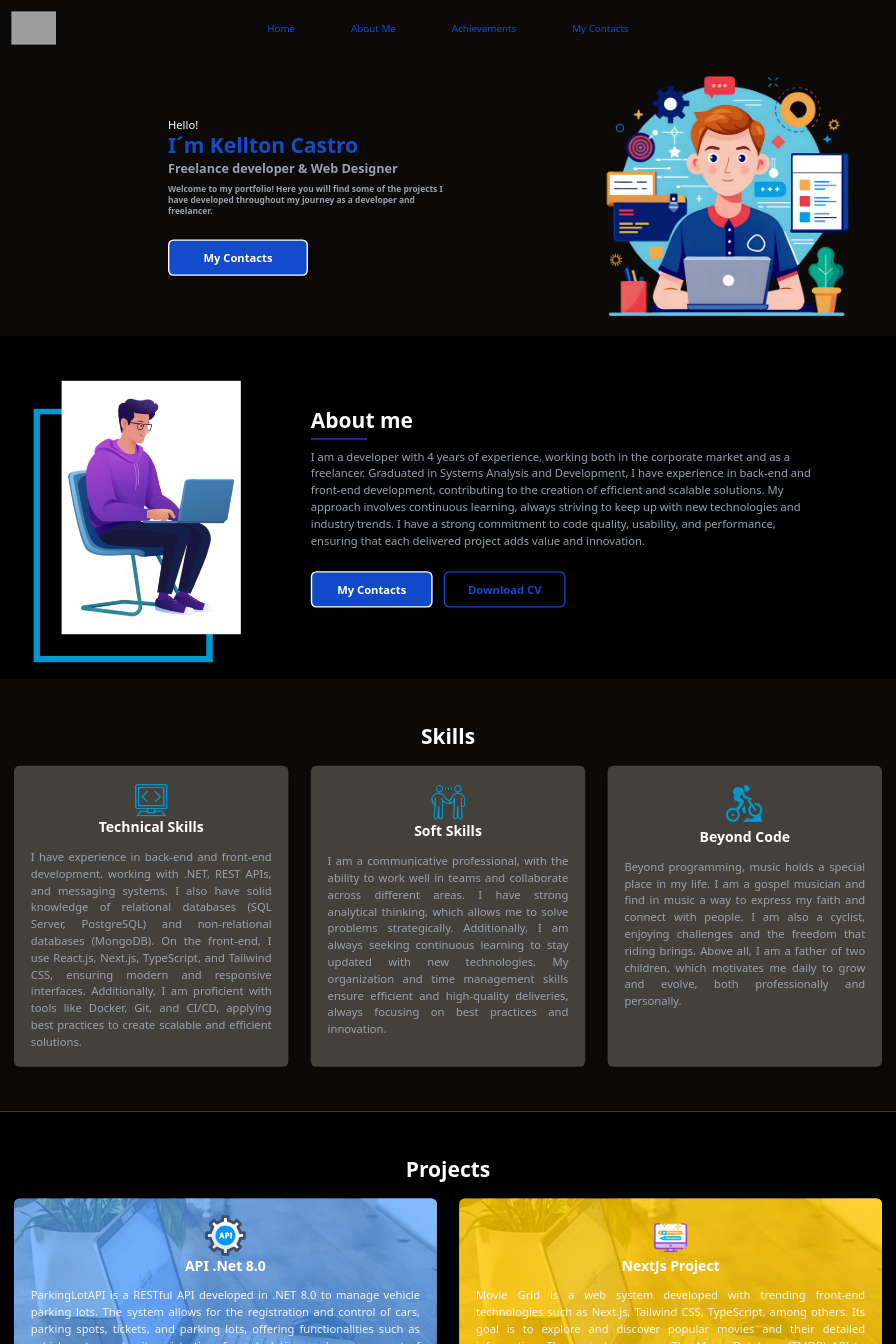
Repository: kcsdesenvolvedor/portfolio
Page: index.html
The author's editor kept a copy of each file at every save. The page is drawn from the files as they stood at one save, then again after the next save.
The browser window is 1280 px wide. The pictures show the part of the page from y = 0 to 1920 px (the page is 2838 px tall), at 70% of full size.
Pictures or frames that could not be fetched are drawn as grey boxes.

Above is the page before, as saved 2025-03-26 17:06:45.
Console error: TypeError: Cannot read properties of null (reading 'textContent')

### index.html
<!DOCTYPE html>
<html lang="en">
<head>
    <meta charset="UTF-8">
    <meta name="viewport" content="width=device-width, initial-scale=1.0">
    <link rel="icon" href="./img/faviconK.png" type="image/x-icon">
    <link href="./output.css" rel="stylesheet">
    <title>Kellton Castro</title>
    <style>
        .typing-container {
        font-family: 'Courier New', monospace;
        font-size: 24px;
        color: #333;
        white-space: nowrap;
        overflow: hidden;
        border-right: 2px solid black;
        display: inline-block;
        animation: blink-caret 0.7s step-end infinite;
        }

        #typing-text {
            height: 40px;
        }

        @keyframes blink-caret {
        from, to {
            border-color: transparent;
        }
        50% {
            border-color: black;
        }
        }


        @keyframes fadeIn {
            from {
                opacity: 0;
                transform: translateY(20px);
            }
            to {
                opacity: 1;
                transform: translateY(0);
            }
        }

        .fade-in {
            animation: fadeIn 1s ease-in-out;
        }
    </style>
</head>
<body class="bg-gray-100 font-sans">
    <header>
        <nav class="fixed top-0 z-50 w-full px-4 py-4 flex justify-between items-center bg-stone-950">
            <a class="text-3xl font-bold leading-none" href="#">
                <img class="w-16" src="./img/logo.png" alt="">
            </a>
            <div class="lg:hidden">
                <button class="navbar-burger flex items-center text-blue-600 p-3">
                    <svg class="block h-4 w-4 fill-current" viewBox="0 0 20 20" xmlns="http://www.w3.org/2000/svg">
                        <title>Mobile menu</title>
                        <path d="M0 3h20v2H0V3zm0 6h20v2H0V9zm0 6h20v2H0v-2z"></path>
                    </svg>
                </button>
            </div>
            <ul class="hidden absolute top-1/2 left-1/2 transform -translate-y-1/2 -translate-x-1/2 lg:mx-auto lg:flex lg:items-center lg:w-auto lg:space-x-20">
                <li><a class="text-sm text-blue-600/80 dark:text-sky-400/80 hover:text-white" href="#home">Home</a></li>
                <li><a class="text-sm text-blue-600/80 dark:text-sky-400/80 hover:text-white" href="#about">About Me</a></li>
                <li><a class="text-sm text-blue-600/80 dark:text-sky-400/80 hover:text-white" href="#achievements">Achievements</a></li>
                <li><a class="text-sm text-blue-600/80 dark:text-sky-400/80 hover:text-white" href="#contact">My Contacts</a></li>
            </ul>
        </nav>
        <div class="navbar-menu fixed top-0 z-50 w-full hidden">
            <div class="navbar-backdrop fixed inset-0 bg-gray-800 opacity-25"></div>
            <nav class="fixed top-0 left-0 bottom-0 flex flex-col w-5/6 max-w-sm py-6 px-6 bg-white border-r overflow-y-auto">
                <div class="flex items-center mb-8">
                    <a class="mr-auto text-3xl font-bold leading-none" href="#">
                        <img class="w-16" src="./img/logo.png" alt="">
                    </a>
                    <button class="navbar-close">
                        <svg class="h-6 w-6 text-gray-400 cursor-pointer hover:text-gray-500" xmlns="http://www.w3.org/2000/svg" fill="none" viewBox="0 0 24 24" stroke="currentColor">
                            <path stroke-linecap="round" stroke-linejoin="round" stroke-width="2" d="M6 18L18 6M6 6l12 12"></path>
                        </svg>
                    </button>
                </div>
                <div>
                    <ul>
                        <li class="mb-1">
                            <a class="navbar-itemMenu block p-4 text-sm font-semibold text-gray-400 hover:bg-blue-50 hover:text-blue-600 rounded" href="#home">Home</a>
                        </li>
                        <li class="mb-1">
                            <a class="navbar-itemMenu block p-4 text-sm font-semibold text-gray-400 hover:bg-blue-50 hover:text-blue-600 rounded" href="#about">About Me</a>
                        </li>
                        <li class="mb-1">
                            <a class="navbar-itemMenu block p-4 text-sm font-semibold text-gray-400 hover:bg-blue-50 hover:text-blue-600 rounded" href="#achievements">Achievements</a>
                        </li>
                        <li class="mb-1">
                            <a class="navbar-itemMenu block p-4 text-sm font-semibold text-gray-400 hover:bg-blue-50 hover:text-blue-600 rounded" href="#contact">My Contacts</a>
                        </li>
                        <li>
                            <div class="border-t-2">
                                <a class="navbar-itemMenu block p-4 text-sm font-semibold text-gray-400 hover:bg-blue-50 hover:text-blue-600 rounded" href="https://kcode2025.github.io/sucess-history" target="_blank">Success Story</a>
                            </div>
                        </li>
                    </ul>
                </div>
                <div class="mt-auto">

                    <a href="https://kcode2025.github.io/sucess-history" target="_blank">
                        <p class="my-4 text-xs text-center text-gray-400">
                            Powered by Success Story
                        </p>
                    </a>
                </div>
            </nav>
        </div>
    </header>


    <!-- Home Section -->
    <section id="home" class="flex flex-col-reverse lg:flex-row lg:justify-around justify-between bg-stone-950 text-white text-center pt-20 lg:pb-0 pb-5 px-10 fade-in">
        <!-- Div do texto -->
        <div class="self-center w-full flex items-center justify-center">
            <div class="flex flex-col lg:w-2/4"> <!-- Ajuste essa div para ocupar 100% da largura -->
                <p class="text-md text-left">
                    Hello!
                </p>
                <p class="text-3xl text-blue-600/80 dark:text-sky-400/80 text-left font-semibold">
                    I´m Kellton Castro
                </p>
                <p class="text-lg text-gray-400 text-left font-semibold mb-2">
                    Freelance developer & Web Designer
                </p>
                <p class="text-xs text-gray-400 text-left font-semibold mb-8">
                    Welcome to my portfolio! Here you will find some of the projects I have developed throughout my journey as a developer and freelancer.
                </p>
                <a href="#contact" class="bg-blue-600/80 dark:bg-sky-400/80 text-white font-bold w-2/4 py-3 px-6 border-2 rounded-lg shadow-lg hover:bg-black hover:text-blue-600/80 hover:dark:text-sky-400/80 hover:border-blue-600/80 hover:dark:border-sky-400/80 hover:border-2 transition delay-150 duration-300 ease-in-out">
                    My Contacts
                </a>
            </div>
        </div>

        <!-- Div da imagem -->
        <div class="flex justify-center lg:justify-end lg:w-2/4">
            <img class="min-w-2/4 object-contain" src="./img/perfil-portfolio2.png">
        </div>
    </section>

    <!-- Sobre -->
    <section id="about" class="flex flex-col lg:flex-row items-center justify-center space-y-10 lg:space-y-0 lg:space-x-20 py-16 bg-black border-r-gray-900 fade-in">
        <div class="relative flex justify-center">
            <!-- Moldura (posição de fundo) -->
            <img src="./img/moldura.png" class="w-3xs h-3xs absolute -left-5 top-5 lg:-left-10 lg:top-10" alt="moldura do perfil">

            <!-- Imagem de perfil (fica por cima) -->
            <img src="./img/perfil-portfolio1.png" class="w-3xs h-3xs relative z-10" alt="meu perfil">
        </div>
        <div class="px-5 w-full lg:w-3xl text-center lg:text-left">
            <h3 class="text-3xl text-white font-bold mb-2">About me</h3>
            <div class="w-20 h-0.5 bg-blue-600/80 dark:bg-sky-400/80 mb-3 mx-auto lg:mx-0"></div>
            <p class="text-gray-400 text-left w-full mb-8">
                I am a developer with 4 years of experience, working both in the corporate market and as a freelancer. Graduated in Systems Analysis and Development, I have experience in back-end and front-end development, contributing to the creation of efficient and scalable solutions. My approach involves continuous learning, always striving to keep up with new technologies and industry trends. I have a strong commitment to code quality, usability, and performance, ensuring that each delivered project adds value and innovation.
            </p>
            <div class="flex flex-col lg:flex-row w-full lg:w-2/4 gap-4">
                <a href="#contact" class="bg-blue-600/80 dark:bg-sky-400/80 text-center text-white font-bold w-full lg:w-2/4 py-3 px-6 border-2 rounded-lg shadow-lg hover:bg-black hover:text-blue-600/80 hover:dark:text-sky-400/80 hover:border-blue-600/80 hover:dark:border-sky-400/80 hover:border-2 transition delay-150 duration-300 ease-in-out">
                    My Contacts
                </a>
                <a href="cv/Kellton.pdf" download="Kellton.pdf" class="bg-black text-center border-blue-600/80 dark:border-sky-400/80 text-blue-600/80 dark:text-sky-400/80 font-bold w-full lg:w-2/4 py-3 px-6 border-2 rounded-lg shadow-lg hover:text-white hover:border-white hover:border-2 transition delay-150 duration-300 ease-in-out">
                    Download CV
                </a>
            </div>
        </div>
    </section>



    <!-- Skills -->
    <section id="achievements" class="py-16 bg-stone-950 fade-in">
        <div class="container mx-auto text-center">
            <h3 class="text-3xl text-white font-bold mb-6">Skills</h3>
            <div class="px-5 grid grid-cols-1 md:grid-cols-3 gap-8">
                <div class="flex flex-col items-center bg-stone-700 p-6 rounded-lg shadow-lg transition delay-150 duration-300 transform hover:scale-105 hover:shadow-xl">
                    <img src="./img/hard-skills.png" alt="image hard skills">
                    <h4 class="text-xl text-white font-bold mb-4">Technical Skills</h4>
                    <p class="text-gray-400 text-justify">I have experience in back-end and front-end development, working with .NET, REST APIs, and messaging systems. I also have solid knowledge of relational databases (SQL Server, PostgreSQL) and non-relational databases (MongoDB). On the front-end, I use React.js, Next.js, TypeScript, and Tailwind CSS, ensuring modern and responsive interfaces. Additionally, I am proficient with tools like Docker, Git, and CI/CD, applying best practices to create scalable and efficient solutions.</p>
                </div>
                <div class="flex flex-col items-center bg-stone-700 p-6 rounded-lg shadow-lg transition delay-150 duration-300 transform hover:scale-105 hover:shadow-xl">
                    <img src="./img/soft-skills.png" class="h-14" alt="image soft skills">
                    <h4 class="text-xl text-white font-bold mb-4">Soft Skills</h4>
                    <p class="text-gray-400 text-justify">I am a communicative professional, with the ability to work well in teams and collaborate across different areas. I have strong analytical thinking, which allows me to solve problems strategically. Additionally, I am always seeking continuous learning to stay updated with new technologies. My organization and time management skills ensure efficient and high-quality deliveries, always focusing on best practices and innovation.</p>
                </div>
                <div class="flex flex-col items-center bg-stone-700 p-6 rounded-lg shadow-lg transition delay-150 duration-300 transform hover:scale-105 hover:shadow-xl">
                    <img src="./img/beyond-code.png" alt="imagem de beyond code">
                    <h4 class="text-xl text-white font-bold mb-4">Beyond Code</h4>
                    <p class="text-gray-400 text-justify">Beyond programming, music holds a special place in my life. I am a gospel musician and find in music a way to express my faith and connect with people. I am also a cyclist, enjoying challenges and the freedom that riding brings. Above all, I am a father of two children, which motivates me daily to grow and evolve, both professionally and personally.</p>
                </div>
            </div>
        </div>
    </section>

    <!-- Projetos -->
    <section id="achievements" class="py-16 bg-black fade-in">
        <div class="container mx-auto text-center">
            <h3 class="text-3xl text-white font-bold mb-6">Projects</h3>
            <div class="px-5 grid grid-cols-1 md:grid-cols-2 gap-8">
                <div class="relative bg-stone-700 p-6 rounded-lg shadow-lg
                bg-[url('./img/homeoffice.jpg')] bg-cover bg-center bg-opacity-20">
                    <div class="absolute inset-0 bg-blue-400/70 rounded-lg"></div>
                    <div class="relative z-10 flex flex-col items-center">
                        <img src="./img/api.png" alt="image api">
                        <h4 class="text-xl text-white font-bold mb-4">API .Net 8.0</h4>
                        <p class="text-gray-100 text-justify">ParkingLotAPI is a RESTful API developed in .NET 8.0 to manage vehicle parking lots. The system allows for the registration and control of cars, parking spots, tickets, and parking lots, offering functionalities such as vehicle entry and exit registration, fee calculation, and management of available parking spots.</p>
                        <div class="flex justify-center mt-8 w-full">
                            <a href="https://github.com/kcsdesenvolvedor/ParkingLotAPI" class="text-white font-semibold w-full lg:w-2/4 px-6 hover:text-blue-600/80 hover:dark:text-sky-400/80 transition delay-150 duration-300 ease-in-out" target="_blank">
                                View code
                            </a>
                        </div>
                    </div>
                </div>
                <div class="relative bg-stone-700 p-6 rounded-lg shadow-lg
                bg-[url('./img/homeoffice.jpg')] bg-cover bg-center bg-opacity-20">
                    <div class="absolute inset-0 bg-yellow-400/80 rounded-lg"></div>
                    <div class="relative z-10 flex flex-col items-center">
                        <img src="./img/next-project.png" alt="image nextjs project">
                        <h4 class="text-xl text-white font-bold mb-4">NextJs Project</h4>
                        <p class="text-gray-100 text-justify">Movie Grid is a web system developed with trending front-end technologies such as Next.js, Tailwind CSS, TypeScript, among others. Its goal is to explore and discover popular movies and their detailed information. The project consumes The Movie Database (TMDB) API to display a list of movies in a responsive grid layout, featuring search and detailed movie view functionalities.</p>
                        <div class="flex justify-between mt-8 w-full">
                            <a href="https://github.com/kcsdesenvolvedor/Movie-Grid" class=" text-white font-semibold w-full lg:w-2/4 px-6 hover:text-blue-600/80 hover:dark:text-sky-400/80 transition delay-150 duration-300 ease-in-out" target="_blank">
                                View code
                            </a>
                            <a href="https://movie-grid-blue.vercel.app/" class=" text-white font-semibold w-full lg:w-2/4 px-6 hover:text-blue-600/80 hover:dark:text-sky-400/80 transition delay-150 duration-300 ease-in-out" target="_blank">
                                View design
                            </a>
                        </div>
                    </div>
                </div>
                <div class="relative flex flex-col items-center bg-stone-700 p-6 rounded-lg shadow-lg
                bg-[url('./img/homeoffice.jpg')] bg-cover bg-center bg-opacity-20">
                    <div class="absolute inset-0 bg-green-400/80 rounded-lg"></div>
                    <div class="relative z-10 flex flex-col items-center">
                        <img src="./img/mensageria.png" alt="imagem de mensageria">
                        <h4 class="text-xl text-white font-bold mb-4">Messaging with RabbitMQ</h4>
                        <p class="text-gray-100 text-justify">CompraCerta is an e-commerce system designed to manage order processing in an efficient and scalable way. The project consists of three main parts: a front-end developed with Next.js, a .NET API that manages requests and integrations, and a Consumer that processes purchases in the background using RabbitMQ.</p>
                        <div class="flex justify-center mt-8 w-full">
                            <a href="https://github.com/kcsdesenvolvedor/compra-certa" class="text-white font-semibold w-full lg:w-2/4 px-6 hover:text-blue-600/80 hover:dark:text-sky-400/80 transition delay-150 duration-300 ease-in-out" target="_blank">
                                View code
                            </a>
                        </div>
                    </div>
                </div>
            </div>
        </div>
    </section>

    <!-- Contato -->
    <section id="contact" class="py-16 bg-stone-950 text-white text-center fade-in">
        <div class="container mx-auto px-2">
            <h3 class="text-3xl font-bold mb-6">Contacts</h3>
            <p class="mb-8">Main social media platforms of one of the most inspiring and successful men in the world.</p>
            <form class="max-w-lg mx-auto">
                <div class="flex flex-col justify-center lg:flex-row mb-4 gap-8">
                    <a href="https://www.cityfootballgroup.com/" target="_blank">
                        <div class="flex gap-1 items-center">
                            <img class="h-8 w-8" src="./img/instagram.png" alt="imagem do instagram">
                            <p class="text-1xl">@kelltoncastro</p>
                        </div>
                    </a>
                    <a href="https://x.com/HHmansour" target="_blank">
                        <div class="flex gap-1 items-center">
                            <img class="h-8 w-8" src="./img/linkedin.png" alt="imagem do linkedin">
                            <p class="text-1xl">kcs-desenvolvedor</p>
                        </div>
                    </a>
                    <a href="https://x.com/HHmansour" target="_blank">
                        <div class="flex gap-1 items-center">
                            <img class="h-8 w-8" src="./img/gmail.png" alt="imagem do gmail">
                            <p class="text-1xl">e-mail</p>
                        </div>
                    </a>
                </div>
            </form>
        </div>
    </section>

    <!-- Footer -->
    <footer class="bg-gray-800 text-white text-center py-4">
        <a class="cursor-pointer" href="https://kcode2025.github.io/sucess-history" target="_blank"><p class="underline">Powered by Kellton Castro Silva</p></a>
    </footer>

    <!-- Script -->
    <script>
        // Burger menus
        document.addEventListener('DOMContentLoaded', function() {
            // open
            const burger = document.querySelectorAll('.navbar-burger');
            const menu = document.querySelectorAll('.navbar-menu');

            if (burger.length && menu.length) {
                for (var i = 0; i < burger.length; i++) {
                    burger[i].addEventListener('click', function() {
                        for (var j = 0; j < menu.length; j++) {
                            menu[j].classList.toggle('hidden');
                        }
                    });
                }
            }

            // close
            const close = document.querySelectorAll('.navbar-close');
            const backdrop = document.querySelectorAll('.navbar-backdrop');
            const itemMenu = document.querySelectorAll('.navbar-itemMenu');

            if (close.length) {
                for (var i = 0; i < close.length; i++) {
                    close[i].addEventListener('click', function() {
                        for (var j = 0; j < menu.length; j++) {
                            menu[j].classList.toggle('hidden');
                        }
                    });
                }
            }

            if (backdrop.length) {
                for (var i = 0; i < backdrop.length; i++) {
                    backdrop[i].addEventListener('click', function() {
                        for (var j = 0; j < menu.length; j++) {
                            menu[j].classList.toggle('hidden');
                        }
                    });
                }
            }

            if (itemMenu.length) {
                for (var i = 0; i < itemMenu.length; i++) {
                    itemMenu[i].addEventListener('click', function() {
                        for (var j = 0; j < menu.length; j++) {
                            menu[j].classList.toggle('hidden');
                        }
                    });
                }
            }
        });

        // animação de digitação

        const texts = [
        "Visionary Leader",
        "Sports Enthusiast",
        "City Football Group Owner",
        "Innovative Investor",
        "Philanthropist",
        "Economic Pioneer",
        "Influential Figure",
        "Strategic Thinker",
        "Cultural Advocate",
        "Inspiring Icon"
        ];

        let currentTextIndex = 0;
        let charIndex = 0;
        const typingSpeed = 100; // Velocidade de digitação (ms por caractere)
        const erasingSpeed = 50; // Velocidade de apagar
        const delayBetweenTexts = 2000; // Tempo antes de trocar para o próximo texto

        const typingElement = document.getElementById("typing-text");

        function typeText() {
        if (charIndex < texts[currentTextIndex].length) {
            typingElement.textContent += texts[currentTextIndex].charAt(charIndex);
            charIndex++;
            setTimeout(typeText, typingSpeed);
        } else {
            setTimeout(eraseText, delayBetweenTexts);
        }
        }

        function eraseText() {
        if (charIndex > 0) {
            typingElement.textContent = texts[currentTextIndex].substring(0, charIndex - 1);
            charIndex--;
            setTimeout(eraseText, erasingSpeed);
        } else {
            currentTextIndex = (currentTextIndex + 1) % texts.length;
            setTimeout(typeText, typingSpeed);
        }
        }

        // Começar a animação
        document.addEventListener("DOMContentLoaded", () => {
        setTimeout(typeText, delayBetweenTexts);
        });

        </script>
</body>
</html>

Loaded but not shown: output.css (1429 lines, source omitted)

After the next save:
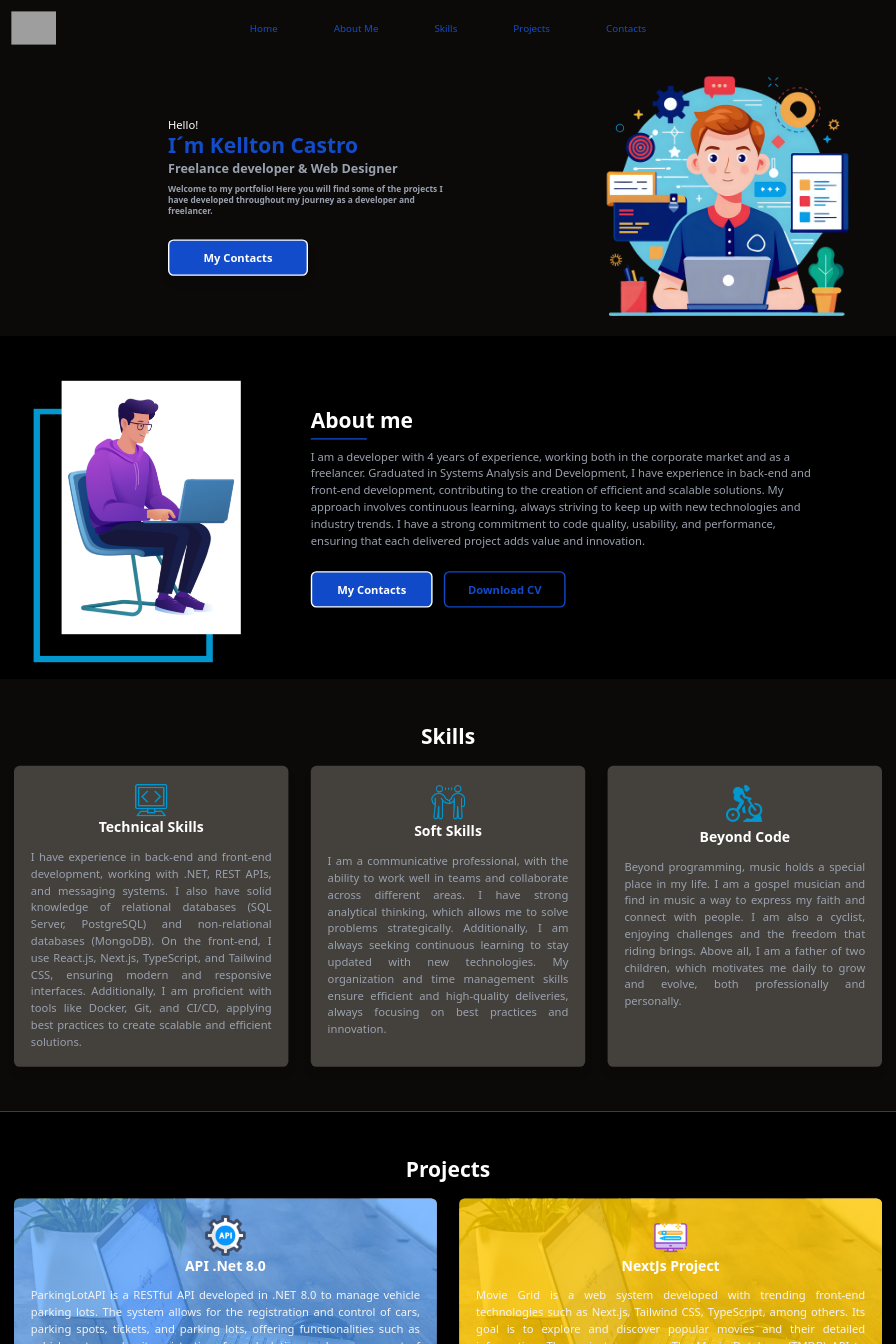
Saved 64 s later.
--- a/index.html
+++ b/index.html
@@ -65,8 +65,9 @@
             <ul class="hidden absolute top-1/2 left-1/2 transform -translate-y-1/2 -translate-x-1/2 lg:mx-auto lg:flex lg:items-center lg:w-auto lg:space-x-20">
                 <li><a class="text-sm text-blue-600/80 dark:text-sky-400/80 hover:text-white" href="#home">Home</a></li>
                 <li><a class="text-sm text-blue-600/80 dark:text-sky-400/80 hover:text-white" href="#about">About Me</a></li>
-                <li><a class="text-sm text-blue-600/80 dark:text-sky-400/80 hover:text-white" href="#achievements">Achievements</a></li>
-                <li><a class="text-sm text-blue-600/80 dark:text-sky-400/80 hover:text-white" href="#contact">My Contacts</a></li>
+                <li><a class="text-sm text-blue-600/80 dark:text-sky-400/80 hover:text-white" href="#achievements">Skills</a></li>
+                <li><a class="text-sm text-blue-600/80 dark:text-sky-400/80 hover:text-white" href="#achievements">Projects</a></li>
+                <li><a class="text-sm text-blue-600/80 dark:text-sky-400/80 hover:text-white" href="#contact">Contacts</a></li>
             </ul>
         </nav>
         <div class="navbar-menu fixed top-0 z-50 w-full hidden">
